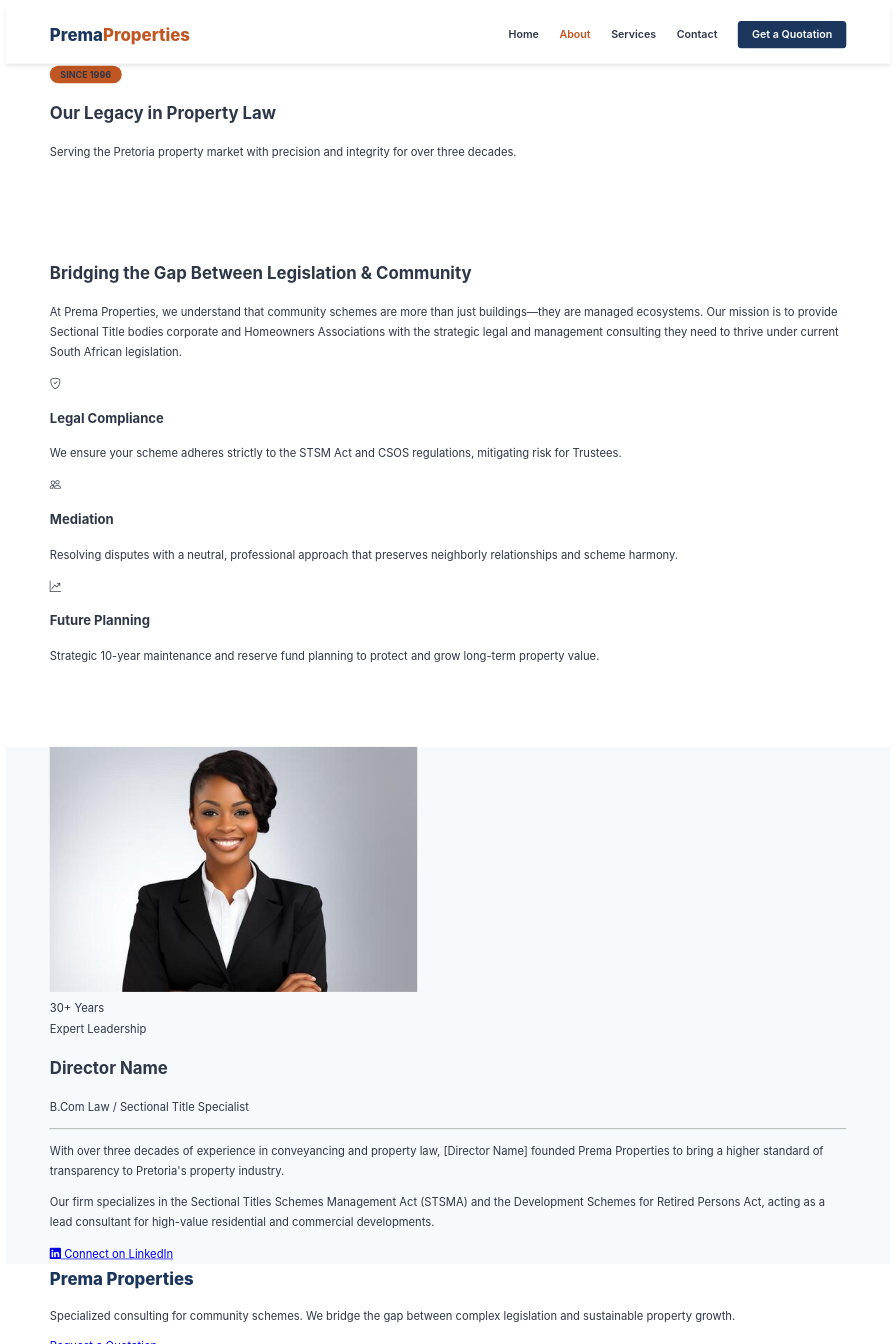
Repository: mnqobiMenzi/Prema-Properties
Page: about-us.html
An editor plug-in stored every save of this project. The page is shown before and after a run of saves, followed by the edit.
The browser window is 1280 px wide. The pictures show the part of the page from y = 0 to 1920 px (the page is 2820 px tall before and 2782 px after), at 70% of full size.

Above is the page before, as saved 2026-02-10 12:31:02.

### about-us.html
<!DOCTYPE html>
<html lang="en">
<head>
  <meta charset="UTF-8">
  <meta name="viewport" content="width=device-width, initial-scale=1.0">
  <title>About Us | Prema Properties</title>
  <link rel="stylesheet" href="CSS/style.css">
  <link rel="stylesheet" href="https://cdn.jsdelivr.net/npm/bootstrap-icons@1.13.1/font/bootstrap-icons.min.css">
</head>
<body>

  <header class="main-header">
    <div class="container header-flex">
      <div class="logo">Prema<span>Properties</span></div>
      <nav>
        <a href="index.html">Home</a>
        <a href="about-us.html" class="active">About</a>
        <a href="services.html">Services</a>
        <a href="contact-us.html">Contact</a>
        <a href="quote.html" class="nav-btn">Get a Quotation</a>
      </nav>
    </div>
  </header>

  <section class="about-hero-v2">
    <div class="container">
      <span class="badge">Since 1996</span>
      <h1>Our Legacy in Property Law</h1>
      <p class="lead">Serving the Pretoria property market with precision and integrity for over three decades.</p>
    </div>
  </section>

  <section class="section-padding">
    <div class="container">
      <div class="about-intro">
        <h2>Bridging the Gap Between Legislation & Community</h2>
        <p>At Prema Properties, we understand that community schemes are more than just buildings—they are managed ecosystems. Our mission is to provide Sectional Title bodies corporate and Homeowners Associations with the strategic legal and management consulting they need to thrive under current South African legislation.</p>
      </div>

      <div class="values-grid">
        <div class="value-item">
          <i class="bi bi-shield-check"></i>
          <h3>Legal Compliance</h3>
          <p>We ensure your scheme adheres strictly to the STSM Act and CSOS regulations, mitigating risk for Trustees.</p>
        </div>
        <div class="value-item">
          <i class="bi bi-people"></i>
          <h3>Mediation</h3>
          <p>Resolving disputes with a neutral, professional approach that preserves neighborly relationships and scheme harmony.</p>
        </div>
        <div class="value-item">
          <i class="bi bi-graph-up-arrow"></i>
          <h3>Future Planning</h3>
          <p>Strategic 10-year maintenance and reserve fund planning to protect and grow long-term property value.</p>
        </div>
      </div>
    </div>
  </section>

  <section class="director-section-v2 light-gray">
    <div class="container">
      <div class="director-card">
        <div class="director-image">
          <img src="images/director.jpg" alt="Director of Prema Properties">
          <div class="exp-seal">30+ Years</div>
        </div>
        <div class="director-info">
          <span class="label">Expert Leadership</span>
          <h2>Director Name</h2>
          <p class="credentials">B.Com Law / Sectional Title Specialist</p>
          <hr>
          <p>With over three decades of experience in conveyancing and property law, [Director Name] founded Prema Properties to bring a higher standard of transparency to Pretoria's property industry.</p>
          <p>Our firm specializes in the Sectional Titles Schemes Management Act (STSMA) and the Development Schemes for Retired Persons Act, acting as a lead consultant for high-value residential and commercial developments.</p>
          <div class="director-social">
            <a href="#" class="linkedin-link"><i class="bi bi-linkedin"></i> Connect on LinkedIn</a>
          </div>
        </div>
      </div>
    </div>
  </section>

  <div id="footer-placeholder"></div>
  <script src="JavaScript/script.js"></script>
</body>
</html>

### CSS/style.css
/* --- Core Styles --- */
:root {
  --primary: #1a365d;
  --secondary: #c05621;
  --text: #2d3748;
  --white: #ffffff;
  --gray: #f7fafc;
  --transition: all 0.3s ease;
}

body {
  font-family: 'Inter', sans-serif;
  color: var(--text);
  line-height: 1.8;
}

.container { width: 90%; max-width: 1200px; margin: 0 auto; }
.section-padding { padding: 100px 0; }
.light-gray { background: var(--gray); }

/* --- Header --- */
.main-header {
  background: var(--white);
  padding: 20px 0;
  box-shadow: 0 4px 6px -1px rgba(0,0,0,0.1);
  position: sticky;
  top: 0; z-index: 1000;
}

.header-flex { display: flex; justify-content: space-between; align-items: center; }

.logo { font-size: 1.5rem; font-weight: 800; color: var(--primary); }
.logo span { color: var(--secondary); }

nav a {
  text-decoration: none;
  color: var(--text);
  font-weight: 600;
  margin-left: 25px;
  font-size: 0.95rem;
  transition: var(--transition);
}

nav a:hover, nav a.active { color: var(--secondary); }

.nav-btn {
  background: var(--primary);
  color: white !important;
  padding: 10px 20px;
  border-radius: 5px;
}

/* --- Hero v2 --- */
.hero-v2 {
  background: url('../images/Sectional-Title-Disputes.jpg') center/cover no-repeat;
  height: 85vh;
  position: relative;
}

.hero-overlay {
  background: linear-gradient(to right, rgba(26, 54, 93, 0.9), rgba(26, 54, 93, 0.4));
  height: 100%;
  display: flex;
  align-items: center;
  color: white;
}

.badge {
  background: var(--secondary);
  padding: 5px 15px;
  border-radius: 50px;
  font-size: 0.8rem;
  font-weight: bold;
  text-transform: uppercase;
}

.hero-v2 h1 { font-size: 3.5rem; margin: 20px 0; line-height: 1.2; max-width: 700px; }
.hero-v2 p { font-size: 1.25rem; max-width: 600px; margin-bottom: 30px; opacity: 0.9; }

.btn-main {
  background: var(--secondary);
  color: white;
  padding: 15px 35px;
  text-decoration: none;
  font-weight: bold;
  border-radius: 5px;
  display: inline-block;
}

.btn-outline {
  border: 2px solid white;
  color: white;
  padding: 13px 35px;
  text-decoration: none;
  border-radius: 5px;
  margin-left: 15px;
}

/* --- Trust Bar --- */
.trust-bar { background: var(--primary); color: white; padding: 30px 0; }
.trust-bar .container { display: flex; justify-content: space-around; text-align: center; }
.trust-item strong { display: block; font-size: 1.8rem; color: var(--secondary); }

/* --- Grid & Cards --- */
.split-grid { display: grid; grid-template-columns: 1fr 1fr; gap: 80px; align-items: center; }

.services-grid-v2 {
  display: grid;
  grid-template-columns: repeat(auto-fit, minmax(250px, 1fr));
  gap: 30px;
  margin-top: 50px;
}

.s-card {
  background: white;
  padding: 40px;
  border-radius: 10px;
  box-shadow: 0 10px 15px rgba(0,0,0,0.05);
  transition: var(--transition);
}

.s-card:hover { transform: translateY(-10px); }
.s-card i { font-size: 2.5rem; color: var(--secondary); margin-bottom: 20px; display: block; }
.s-card h3 { margin-bottom: 15px; color: var(--primary); }

.image-deco img {
  width: 100%;
  border-radius: 15px;
  box-shadow: 30px 30px 0 var(--gray), 31px 31px 0 var(--primary);
}

/* Responsive */
@media (max-width: 768px) {
  .hero-v2 h1 { font-size: 2.2rem; }
  .split-grid { grid-template-columns: 1fr; }
  .hero-actions { display: flex; flex-direction: column; gap: 15px; }
  .btn-outline { margin-left: 0; }
}

### JavaScript/script.js
document.addEventListener("DOMContentLoaded", function() {
    const footerPlaceholder = document.getElementById("footer-placeholder");

    if (footerPlaceholder) {
        fetch("footer.html")
            .then(response => {
                if (!response.ok) throw new Error("Footer file not found");
                return response.text();
            })
            .then(data => {
                footerPlaceholder.innerHTML = data;
            })
            .catch(err => {
                console.warn("Footer load failed. Error:", err);
                // Fallback text so you know it's trying to work
                footerPlaceholder.innerHTML = "<p style='text-align:center; padding:20px;'>Footer Loading...</p>";
            });
    }
});

### footer.html
<!DOCTYPE html>
<html lang="en">
<head>
    <meta charset="UTF-8">
    <meta name="viewport" content="width=device-width, initial-scale=1.0">
    <title>Document</title>
</head>
<body>
    <footer class="main-footer">
  <div class="container footer-grid">
    <div class="footer-column brand-info">
      <div class="logo">Prema Properties</div>
      <p>Specialized consulting for community schemes. We bridge the gap between complex legislation and sustainable property growth.</p>
      <a href="quote.html" class="footer-cta-btn">Request a Quotation</a>
    </div>

    <div class="footer-column">
      <h4>Governance Resources</h4>
      <ul>
        <li><a href="https://www.csos.org.za/" target="_blank">CSOS (Ombud Service)</a></li>
        <li><a href="https://www.pama.org.za/" target="_blank">PAMA</a></li>
        <li><a href="https://www.eaab.org.za/" target="_blank">PPRA Authority</a></li>
      </ul>
    </div>

    <div class="footer-column">
      <h4>Navigation</h4>
      <ul>
        <li><a href="articles.html">Articles</a></li>
        <li><a href="quote.html">Quotation</a></li>
        <li><a href="FAQ.html">FAQ</a></li>
        <li><a href="about-us.html">FAQ</a></li>
        <li><a href="contact-us.html">FAQ</a></li>
      </ul>
    </div>
    <div class="footer-column">
  <h4>Connect With Us</h4>
  <p style="font-size: 0.85rem; margin-bottom: 15px; opacity: 0.7;">
    Watch our latest Sectional Title webinars and legal updates.
  </p>
  <div class="social-icons">
    <a href="#" target="_blank" title="Facebook"><i class="bi bi-facebook"></i></a>
    <a href="#" target="_blank" title="LinkedIn"><i class="bi bi-linkedin"></i></a>
    <a href="#" target="_blank" title="YouTube"><i class="bi bi-youtube"></i></a>
    <a href="#" target="_blank" title="X (Twitter)"><i class="bi bi-twitter-x"></i></a>
    <a href="#" target="_blank" title="WhatsApp"><i class="bi bi-whatsapp"></i></a>
  </div>
</div>
  </div>
  <div class="footer-column brand-info">
  <div class="logo">Prema Properties</div>
  <p>Specialized consulting for community schemes. We bridge the gap between complex legislation and sustainable property growth.</p>

  <div class="footer-address">
    <p><i class="bi bi-geo-alt-fill"></i> <strong>Our Office:</strong><br>
    Central Pretoria,<br>
    Gauteng, South Africa</p>

    <p><i class="bi bi-envelope-fill"></i> <strong>Email:</strong><br>
    info@premaproperties.co.za</p>
  </div>

  <a href="quote.html" class="footer-cta-btn">Request a Quotation</a>
</div>
  <div class="footer-bottom">
    <div class="container"><p>&copy; 2026 Prema Properties.</p></div>
  </div>
</footer>
</body>
</html>

After the next 2 saves:
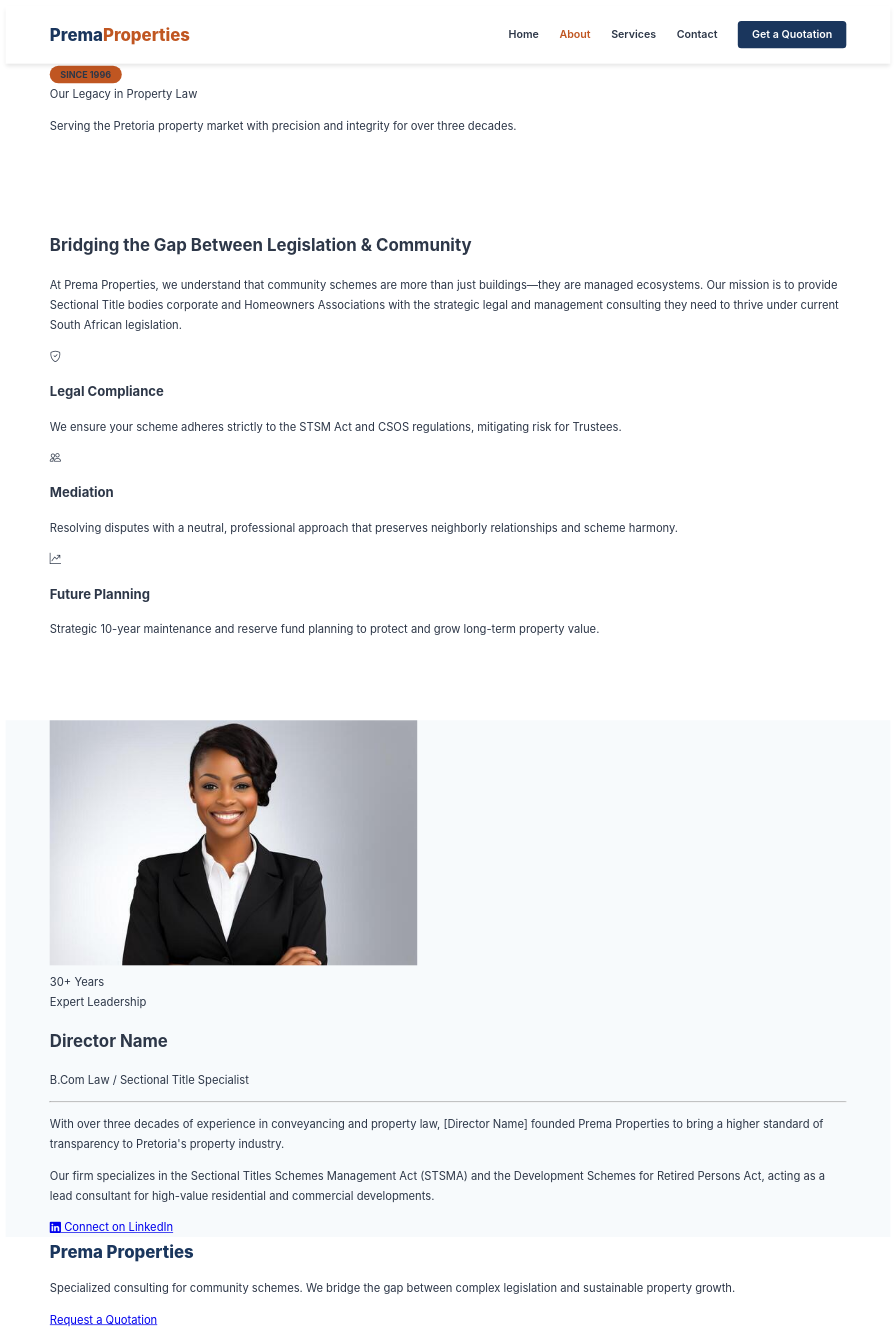
The 2 saves are shown as one change because they came seconds apart.
The last was saved 49 s later.
--- a/about-us.html
+++ b/about-us.html
@@ -25,6 +25,7 @@
   <section class="about-hero-v2">
     <div class="container">
       <span class="badge">Since 1996</span>
+      <br
       <h1>Our Legacy in Property Law</h1>
       <p class="lead">Serving the Pretoria property market with precision and integrity for over three decades.</p>
     </div>

After the 2 saves that followed:
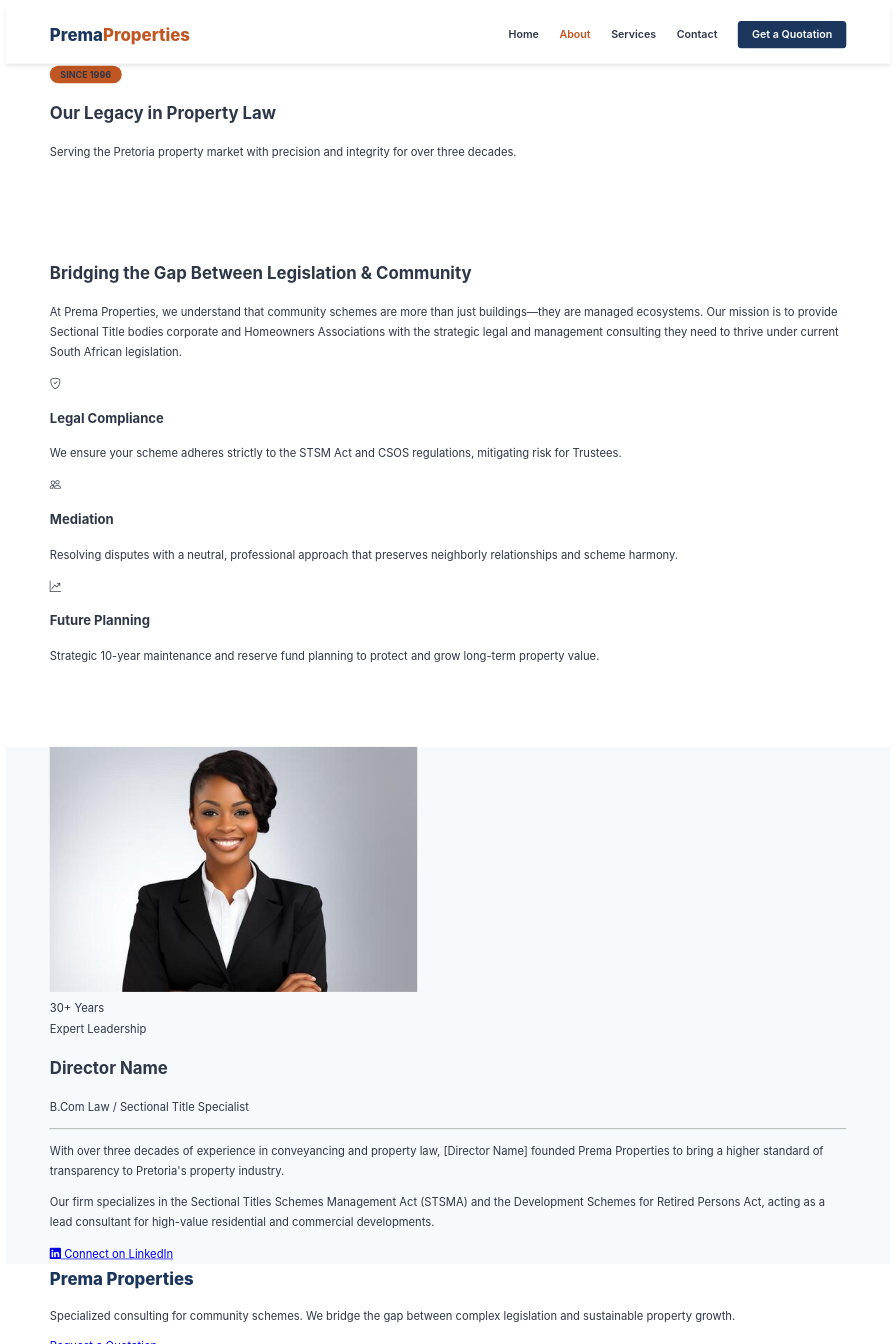
The 2 saves are shown as one change because they came seconds apart.
The last was saved 5 s later.
--- a/about-us.html
+++ b/about-us.html
@@ -25,7 +25,7 @@
   <section class="about-hero-v2">
     <div class="container">
       <span class="badge">Since 1996</span>
-      <br
+      <br/>
       <h1>Our Legacy in Property Law</h1>
       <p class="lead">Serving the Pretoria property market with precision and integrity for over three decades.</p>
     </div>
